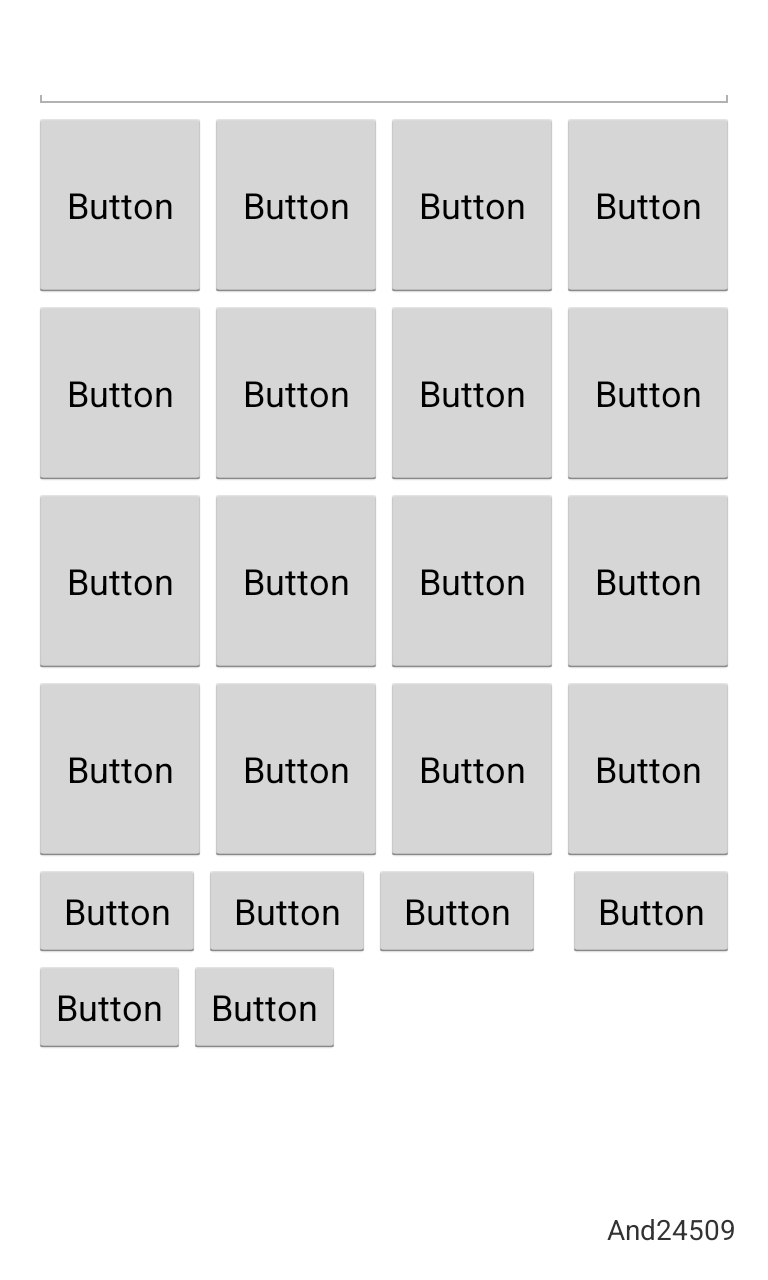
Repository: ericluo1123/myAndroidCode
Layout: myHomeWork/res/layout/activity_main.xml
These files come from the project's save history. The layout is drawn as it stood at one moment and after the next save; the edit follows.
It is drawn on a 768 x 1280 px phone screen (xhdpi) without system bars, with theme AppTheme; the app's code is not run.

Above is the layout before, as saved 2014-09-30 11:40:43.

### myHomeWork/res/layout/activity_main.xml
<RelativeLayout xmlns:android="http://schemas.android.com/apk/res/android"
    xmlns:tools="http://schemas.android.com/tools"
    android:id="@+id/RelativeLayout1"
    android:layout_width="match_parent"
    android:layout_height="match_parent"
    android:gravity="top"
    android:orientation="vertical"
    android:padding="@dimen/activity_vertical_margin"
    android:paddingBottom="@dimen/activity_vertical_margin"
    android:paddingLeft="@dimen/activity_horizontal_margin"
    android:paddingRight="@dimen/activity_horizontal_margin"
    android:paddingTop="@dimen/activity_vertical_margin"
    tools:context="com.example.myhomework.MainActivity" >

    <EditText
        android:id="@+id/editText1"
        android:layout_width="match_parent"
        android:layout_height="wrap_content"
        android:layout_alignParentLeft="true"
        android:ems="10" />

    <TextView
        android:id="@+id/textView1"
        android:layout_width="wrap_content"
        android:layout_height="wrap_content"
        android:layout_alignParentBottom="true"
        android:layout_alignParentRight="true"
        android:text="And24509" />

    <LinearLayout
        android:id="@+id/linearLayout1"
        android:layout_width="match_parent"
        android:layout_height="wrap_content"
        android:layout_above="@+id/textView1"
        android:layout_alignLeft="@+id/editText1"
        android:layout_below="@+id/editText1"
        android:orientation="vertical" >

        <LinearLayout
            android:layout_width="match_parent"
            android:layout_height="0dp"
            android:layout_weight="1" >

            <Button
                android:id="@+id/button1"
                android:layout_width="0dp"
                android:layout_height="match_parent"
                android:layout_weight="1.00"
                android:text="Button" />

            <Button
                android:id="@+id/button2"
                android:layout_width="0dp"
                android:layout_height="match_parent"
                android:layout_weight="1.00"
                android:text="Button" />

            <Button
                android:id="@+id/button3"
                android:layout_width="0dp"
                android:layout_height="match_parent"
                android:layout_weight="1.00"
                android:text="Button" />

            <Button
                android:id="@+id/button4"
                android:layout_width="0dp"
                android:layout_height="match_parent"
                android:layout_weight="1.00"
                android:text="Button" />
        </LinearLayout>

        <LinearLayout
            android:layout_width="match_parent"
            android:layout_height="0dp"
            android:layout_weight="1" >

            <Button
                android:id="@+id/button5"
                android:layout_width="0dp"
                android:layout_height="match_parent"
                android:layout_weight="1.00"
                android:text="Button" />

            <Button
                android:id="@+id/button6"
                android:layout_width="0dp"
                android:layout_height="match_parent"
                android:layout_weight="1.00"
                android:text="Button" />

            <Button
                android:id="@+id/button7"
                android:layout_width="0dp"
                android:layout_height="match_parent"
                android:layout_weight="1"
                android:text="Button" />

            <Button
                android:id="@+id/button8"
                android:layout_width="0dp"
                android:layout_height="match_parent"
                android:layout_weight="1"
                android:text="Button" />

        </LinearLayout>

        <LinearLayout
            android:layout_width="match_parent"
            android:layout_height="0dp"
            android:layout_weight="1" >

            <Button
                android:id="@+id/button9"
                android:layout_width="0dp"
                android:layout_height="match_parent"
                android:layout_weight="1"
                android:text="Button" />

            <Button
                android:id="@+id/button10"
                android:layout_width="0dp"
                android:layout_height="match_parent"
                android:layout_weight="1"
                android:text="Button" />

            <Button
                android:id="@+id/button11"
                android:layout_width="0dp"
                android:layout_height="match_parent"
                android:layout_weight="1"
                android:text="Button" />

            <Button
                android:id="@+id/button12"
                android:layout_width="0dp"
                android:layout_height="match_parent"
                android:layout_weight="1"
                android:text="Button" />
        </LinearLayout>

        <LinearLayout
            android:layout_width="match_parent"
            android:layout_height="0dp"
            android:layout_weight="1" >

            <Button
                android:id="@+id/button13"
                android:layout_width="0dp"
                android:layout_height="match_parent"
                android:layout_weight="1"
                android:text="Button" />

            <Button
                android:id="@+id/button14"
                android:layout_width="0dp"
                android:layout_height="match_parent"
                android:layout_weight="1"
                android:text="Button" />

            <Button
                android:id="@+id/button15"
                android:layout_width="0dp"
                android:layout_height="match_parent"
                android:layout_weight="1"
                android:text="Button" />

            <Button
                android:id="@+id/button16"
                android:layout_width="0dp"
                android:layout_height="match_parent"
                android:layout_weight="1"
                android:text="Button" />

        </LinearLayout>

        <RelativeLayout
            android:layout_width="match_parent"
            android:layout_height="0dp"
            android:layout_weight="1.84" >

            <RelativeLayout
                android:id="@+id/relativeLayout2"
                android:layout_width="wrap_content"
                android:layout_height="wrap_content"
                android:layout_alignParentLeft="true"
                android:layout_alignParentTop="true"
                android:layout_toLeftOf="@+id/relativeLayout4" >

                <Button
                    android:id="@+id/button17"
                    android:layout_width="85dp"
                    android:layout_height="wrap_content"
                    android:layout_alignParentLeft="true"
                    android:layout_alignParentTop="true"
                    android:text="Button" />

                <Button
                    android:id="@+id/button18"
                    android:layout_width="85dp"
                    android:layout_height="wrap_content"
                    android:layout_alignParentTop="true"
                    android:layout_toRightOf="@+id/button17"
                    android:text="Button" />

                <Button
                    android:id="@+id/button19"
                    android:layout_width="85dp"
                    android:layout_height="wrap_content"
                    android:layout_alignParentTop="true"
                    android:layout_toRightOf="@+id/button18"
                    android:text="Button" />
            </RelativeLayout>

            <RelativeLayout
                android:id="@+id/relativeLayout3"
                android:layout_width="wrap_content"
                android:layout_height="wrap_content"
                android:layout_alignParentBottom="true"
                android:layout_alignParentLeft="true"
                android:layout_below="@+id/relativeLayout2" >

                <Button
                    android:id="@+id/button20"
                    android:layout_width="wrap_content"
                    android:layout_height="wrap_content"
                    android:layout_alignParentLeft="true"
                    android:layout_alignParentTop="true"
                    android:text="Button" />
            </RelativeLayout>

            <RelativeLayout
                android:layout_width="wrap_content"
                android:layout_height="wrap_content"
                android:layout_below="@+id/relativeLayout2"
                android:layout_toRightOf="@+id/relativeLayout3" >

                <Button
                    android:id="@+id/button21"
                    android:layout_width="wrap_content"
                    android:layout_height="wrap_content"
                    android:text="Button" />
            </RelativeLayout>

            <RelativeLayout
                android:layout_width="wrap_content"
                android:layout_height="wrap_content"
                android:layout_alignParentRight="true"
                android:layout_alignParentTop="true" >

                <Button
                    android:id="@+id/button22"
                    android:layout_width="85dp"
                    android:layout_height="wrap_content"
                    android:layout_alignParentLeft="true"
                    android:layout_alignParentTop="true"
                    android:text="Button" />
            </RelativeLayout>
        </RelativeLayout>

    </LinearLayout>

</RelativeLayout>

Loaded but not shown: myHomeWork/res/values/styles.xml (common file); myHomeWork/res/values-v11/styles.xml (common file); myHomeWork/res/values-v14/styles.xml (common file); myHomeWork/res/values/dimens.xml (common file); myHomeWork/res/values-w820dp/dimens.xml (common file)

After the next save:
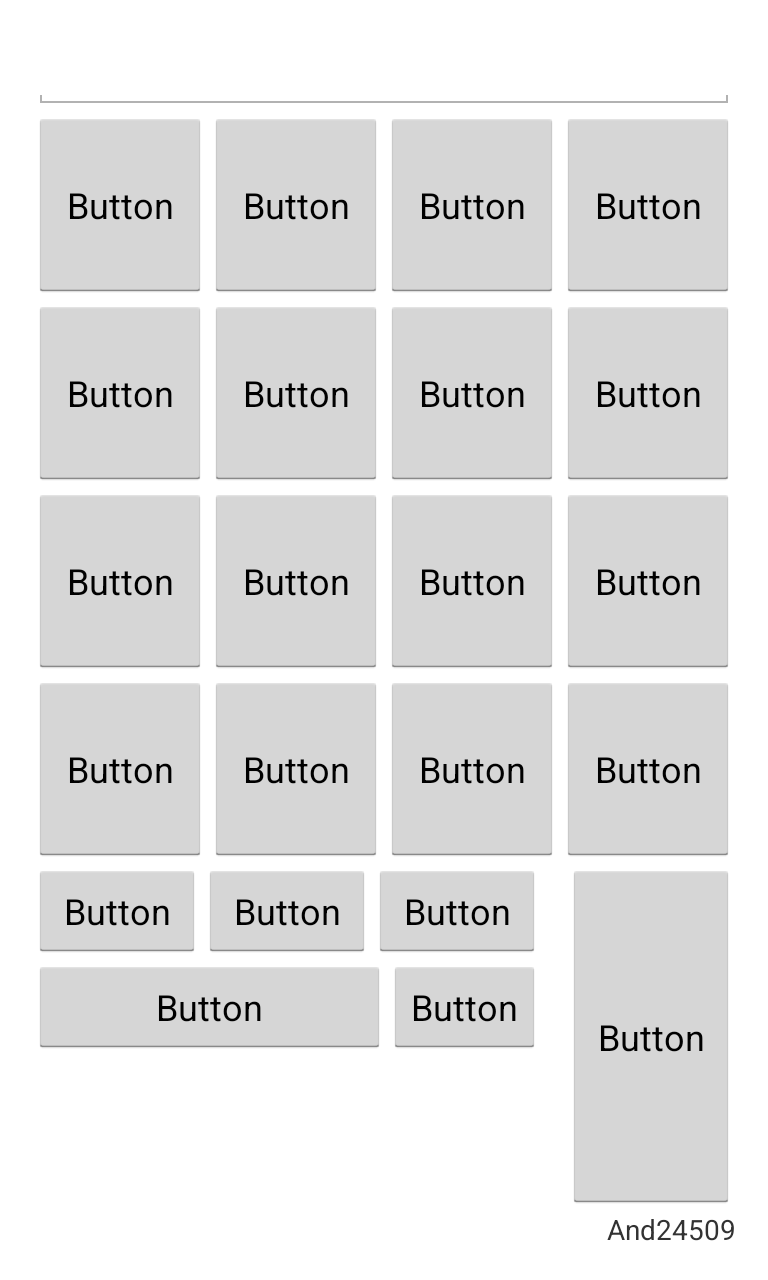
Saved 43 s later.
--- a/myHomeWork/res/layout/activity_main.xml
+++ b/myHomeWork/res/layout/activity_main.xml
@@ -219,14 +219,6 @@
                 android:layout_alignParentBottom="true"
                 android:layout_alignParentLeft="true"
                 android:layout_below="@+id/relativeLayout2" >
-
-                <Button
-                    android:id="@+id/button20"
-                    android:layout_width="wrap_content"
-                    android:layout_height="wrap_content"
-                    android:layout_alignParentLeft="true"
-                    android:layout_alignParentTop="true"
-                    android:text="Button" />
             </RelativeLayout>
 
             <RelativeLayout
@@ -234,12 +226,6 @@
                 android:layout_height="wrap_content"
                 android:layout_below="@+id/relativeLayout2"
                 android:layout_toRightOf="@+id/relativeLayout3" >
-
-                <Button
-                    android:id="@+id/button21"
-                    android:layout_width="wrap_content"
-                    android:layout_height="wrap_content"
-                    android:text="Button" />
             </RelativeLayout>
 
             <RelativeLayout
@@ -252,10 +238,39 @@
                     android:id="@+id/button22"
                     android:layout_width="85dp"
                     android:layout_height="wrap_content"
+                    android:layout_alignParentBottom="true"
                     android:layout_alignParentLeft="true"
                     android:layout_alignParentTop="true"
                     android:text="Button" />
-            </RelativeLayout>
+
+            </RelativeLayout>
+
+            <RelativeLayout
+                android:layout_width="wrap_content"
+                android:layout_height="wrap_content"
+                android:layout_alignTop="@+id/relativeLayout3"
+                android:layout_toRightOf="@+id/relativeLayout3" >
+
+            </RelativeLayout>
+
+            <Button
+                android:id="@+id/button21"
+                android:layout_width="wrap_content"
+                android:layout_height="wrap_content"
+                android:layout_alignRight="@+id/relativeLayout2"
+                android:layout_below="@+id/relativeLayout2"
+                android:text="Button" />
+
+            <Button
+                android:id="@+id/button20"
+                android:layout_width="wrap_content"
+                android:layout_height="wrap_content"
+                android:layout_alignBaseline="@+id/button21"
+                android:layout_alignBottom="@+id/button21"
+                android:layout_alignParentLeft="true"
+                android:layout_toLeftOf="@+id/button21"
+                android:text="Button" />
+
         </RelativeLayout>
 
     </LinearLayout>
